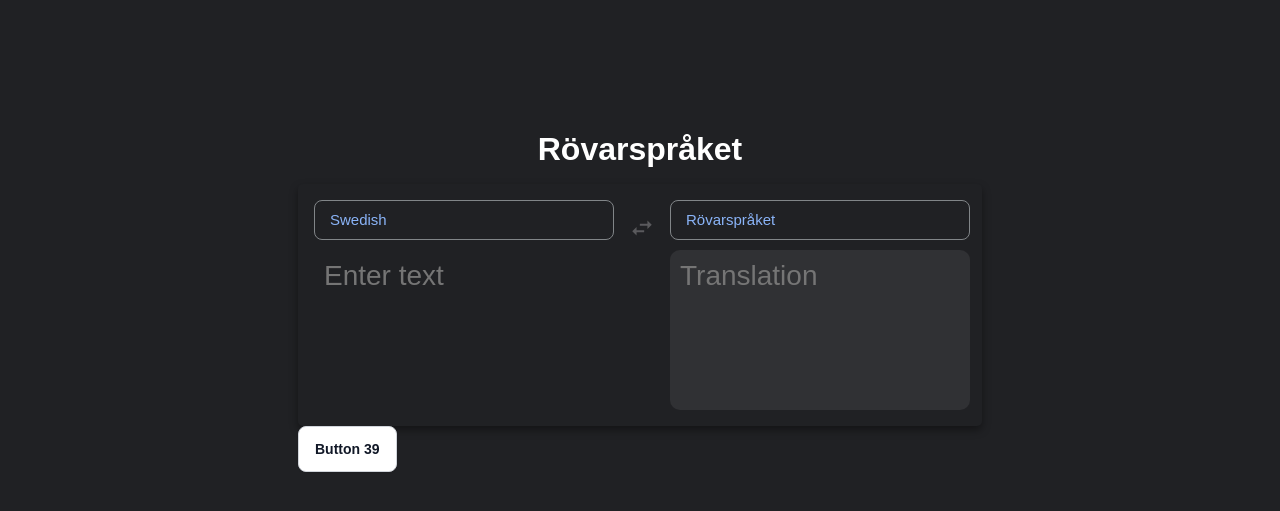
Repository: ShamroOoz/R-varspr-ket-Translator
Page: /
An editor plug-in stored every save of this project. The page is shown before and after the next save, followed by the edit.
The browser window is 1280 px wide. The pictures show the whole page.
The project was rebuilt for these pictures with package versions that can differ from the ones it lists, and the page was loaded fresh each time.

Above is the page before, as saved 2022-05-17 23:59:48.

### public/index.html
<!DOCTYPE html>
<html lang="en">
  <head>
    <meta charset="utf-8" />
    <link rel="icon" href="%PUBLIC_URL%/favicon.ico" />
    <meta name="viewport" content="width=device-width, initial-scale=1" />
    <meta name="theme-color" content="#000000" />
    <meta
      name="description"
      content="Web site created using create-react-app"
    />
    <link rel="apple-touch-icon" href="%PUBLIC_URL%/logo192.png" />
    <!--
      manifest.json provides metadata used when your web app is installed on a
      user's mobile device or desktop. See https://developers.google.com/web/fundamentals/web-app-manifest/
    -->
    <link rel="manifest" href="%PUBLIC_URL%/manifest.json" />
    <!--
      Notice the use of %PUBLIC_URL% in the tags above.
      It will be replaced with the URL of the `public` folder during the build.
      Only files inside the `public` folder can be referenced from the HTML.

      Unlike "/favicon.ico" or "favicon.ico", "%PUBLIC_URL%/favicon.ico" will
      work correctly both with client-side routing and a non-root public URL.
      Learn how to configure a non-root public URL by running `npm run build`.
    -->
    <title>Översättare - Rövarspråket</title>
  </head>
  <body>
    <noscript>You need to enable JavaScript to run this app.</noscript>
    <div id="root"></div>
    <!--
      This HTML file is a template.
      If you open it directly in the browser, you will see an empty page.

      You can add webfonts, meta tags, or analytics to this file.
      The build step will place the bundled scripts into the <body> tag.

      To begin the development, run `npm start` or `yarn start`.
      To create a production bundle, use `npm run build` or `yarn build`.
    -->
  </body>
</html>

### src/index.css
* {
  font-family: arial, sans-serif;
}

body {
  margin: 0;
  background-color: #202124;
  display: flex;
  justify-content: center;
  height: 80vh;
  align-items: center;
}

h2 {
  color: #fff;
  font-size: 2rem;
  font-weight: bold;
  margin-bottom: 1rem;
  text-align: center;
  margin-bottom: 1rem;
}

.app {
  display: flex;
  width: 652px;
  height: 210px;
  padding: 1rem;
  box-shadow: 0 4px 8px 0 rgba(0, 0, 0, 0.4);
  transition: 0.3s;
  border-radius: 5px; /* 5px rounded corners */
}

.output,
.input {
  display: flex;
  flex-direction: column;
  width: 300px;
}

textarea {
  background-color: transparent;
  color: #bdc1c6;
  border: none;
  resize: none;
  padding: 10px;
  width: 280px !important;
  height: 146px;
  border-radius: 10px;
  outline: none;
  overflow: auto;
  font-size: 28px;
  margin-top: 10px;
}

.output textarea {
  background-color: #303134;
}

.arrow-container {
  padding: 15px;
  cursor: pointer;
}
.arrow-container svg:hover {
  fill: #fff;
}

.arrow-container svg {
  width: 26px;
  height: 26px;
  fill: #5a5a5d;
}

input {
  border: 1px solid #818588;
  border-radius: 8px;
  box-sizing: border-box;
  color: #bdc1c6;
  font-size: 14px;
  height: 40px;
  background-color: transparent;
  width: 100%;
}

.select-drop-down input {
  color: #8ab4f8;
  padding: 5px 15px;
  font-size: 15px;
}

.input .delete {
  position: relative;
  left: 260px;
  top: -110px;
  font-size: 50px;
  color: #bdc1c6;
  cursor: pointer;
}
.input .delete:hover {
  color: #8ab4f8;
}

/* CSS */
.button-39 {
  background-color: #ffffff;
  border: 1px solid rgb(209, 213, 219);
  border-radius: 0.5rem;
  box-sizing: border-box;
  color: #111827;
  font-size: 0.875rem;
  font-weight: 600;
  line-height: 1.25rem;
  padding: 0.75rem 1rem;
  text-align: center;
  text-decoration: none #d1d5db solid;
  text-decoration-thickness: auto;
  box-shadow: 0 1px 2px 0 rgba(0, 0, 0, 0.05);
  cursor: pointer;
  user-select: none;
  -webkit-user-select: none;
  touch-action: manipulation;
}

.button-39:hover {
  background-color: rgb(249, 250, 251);
}

.button-39:focus {
  outline: 2px solid transparent;
  outline-offset: 2px;
}

.button-39:focus-visible {
  box-shadow: none;
}

### src/App.js
/* eslint-disable react/style-prop-object */
import { useState, useEffect, useMemo } from "react";
import TextBox from "./components/TextBox";
import Arrows from "./components/Arrows";

function App() {
  const [inputLanguage, setInputLanguage] = useState("Swedish");
  const [outputLanguage, setOutputLanguage] = useState("Rövarspråket");
  const [textToTranslate, setTextToTranslate] = useState("");
  const [translatedText, setTranslatedText] = useState("");

  useEffect(() => {
    if (textToTranslate) {
      setTranslatedText(
        outputLanguage === "Rövarspråket" ? encoded() : decoded()
      );
    }
    // eslint-disable-next-line react-hooks/exhaustive-deps
  }, [textToTranslate]);

  const encoded = useMemo(
    () => () => {
      let consonants = "BbCcDdFfGgHhJjKkLlMmNnPpQqRrSsTtVvWwXxYyZz";
      let new_word = [];
      for (let x of textToTranslate) {
        consonants.includes(x) ? new_word.push(x + "o" + x) : new_word.push(x);
      }
      return new_word.join("");
    },
    [textToTranslate]
  );

  const decoded = useMemo(
    () => () => {
      let consonants = "BbCcDdFfGgHhJjKkLlMmNnPpQqRrSsTtVvWwXxYyZz";
      let new_word = "";
      let index = 0;
      while (index < textToTranslate.length) {
        new_word += textToTranslate[index];
        consonants.includes(textToTranslate[index])
          ? (index += 3)
          : (index += 1);
      }
      return new_word;
    },
    [textToTranslate]
  );

  const handleClick = () => {
    setInputLanguage(outputLanguage);
    setOutputLanguage(inputLanguage);
    if (textToTranslate && translatedText) {
      setTextToTranslate(translatedText);
    }
  };

  return (
    <>
      <h2>Rövarspråket</h2>
      <div className="app">
        <TextBox
          style="input"
          selectedLanguage={inputLanguage}
          setTextToTranslate={setTextToTranslate}
          textToTranslate={textToTranslate}
          setTranslatedText={setTranslatedText}
        />
        <div className="arrow-container" onClick={handleClick}>
          <Arrows />
        </div>
        <TextBox
          style="output"
          selectedLanguage={outputLanguage}
          translatedText={translatedText}
        />
      </div>
      <button class="button-39" type="button">
        Button 39
      </button>
    </>
  );
}

export default App;

### src/components/TextBox.js
import SelectDropDown from "./SelectDropDown";

const TextBox = ({
  style,
  selectedLanguage,
  setTextToTranslate,
  textToTranslate,
  translatedText,
  setTranslatedText,
}) => {
  const handleClick = () => {
    setTextToTranslate("");
    setTranslatedText("");
  };
  return (
    <div className={style}>
      <SelectDropDown selectedLanguage={selectedLanguage} />
      <textarea
        disabled={style === "output"}
        className={style}
        placeholder={style === "input" ? "Enter text" : "Translation"}
        onChange={(e) => setTextToTranslate(e.target.value)}
        value={style === "input" ? textToTranslate : translatedText}
      />
      {style === "input" && textToTranslate && (
        <div className="delete" onClick={handleClick}>
          ˟
        </div>
      )}
    </div>
  );
};

export default TextBox;

### src/components/Arrows.js
const Arrows = () => {
  return (
    <svg
      focusable="false"
      xmlns="http://www.w3.org/2000/svg"
      viewBox="0 0 24 24"
    >
      <path d="M6.99 11L3 15l3.99 4v-3H14v-2H6.99v-3zM21 9l-3.99-4v3H10v2h7.01v3L21 9z"></path>
    </svg>
  );
};

export default Arrows;

### src/components/SelectDropDown.js
const SelectDropDown = ({ selectedLanguage }) => {
  return (
    <div className="select-drop-down">
      <input value={selectedLanguage} />
    </div>
  );
};

export default SelectDropDown;

Loaded but not shown: src/index.js (common file)

After the next save:
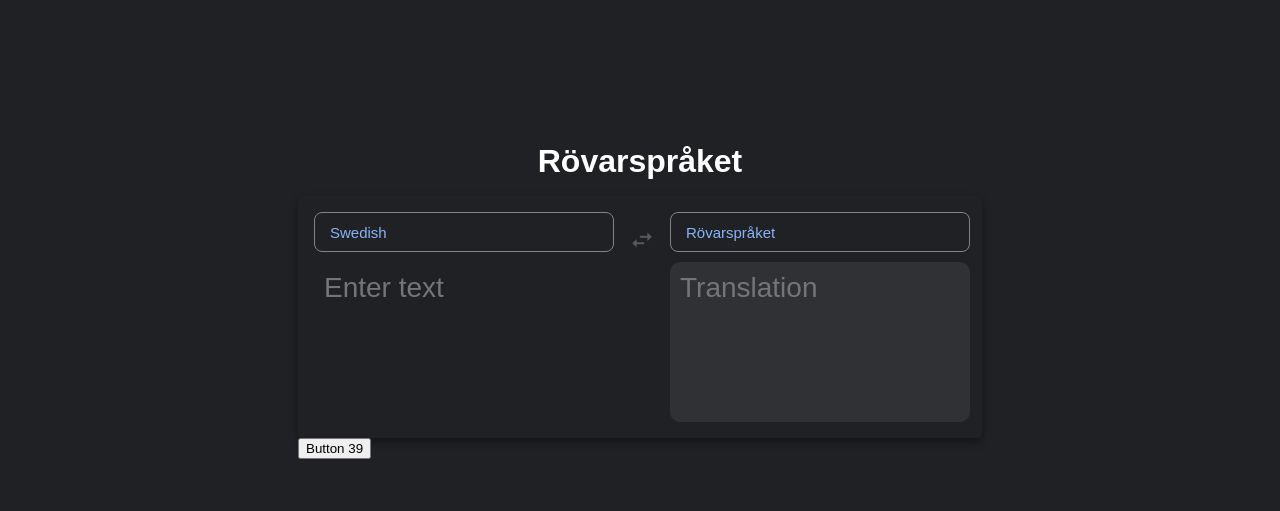
Saved 78 s later.
--- a/src/index.css
+++ b/src/index.css
@@ -100,35 +100,61 @@ input {
 }
 
 /* CSS */
-.button-39 {
-  background-color: #ffffff;
-  border: 1px solid rgb(209, 213, 219);
-  border-radius: 0.5rem;
+.button {
+  appearance: none;
+  background-color: #fafbfc;
+  border: 1px solid rgba(27, 31, 35, 0.15);
+  border-radius: 6px;
+  box-shadow: rgba(27, 31, 35, 0.04) 0 1px 0,
+    rgba(255, 255, 255, 0.25) 0 1px 0 inset;
   box-sizing: border-box;
-  color: #111827;
-  font-size: 0.875rem;
-  font-weight: 600;
-  line-height: 1.25rem;
-  padding: 0.75rem 1rem;
-  text-align: center;
-  text-decoration: none #d1d5db solid;
-  text-decoration-thickness: auto;
-  box-shadow: 0 1px 2px 0 rgba(0, 0, 0, 0.05);
+  color: #24292e;
   cursor: pointer;
+  display: inline-block;
+  font-family: -apple-system, system-ui, "Segoe UI", Helvetica, Arial,
+    sans-serif, "Apple Color Emoji", "Segoe UI Emoji";
+  font-size: 14px;
+  font-weight: 500;
+  line-height: 20px;
+  list-style: none;
+  padding: 6px 16px;
+  position: relative;
+  transition: background-color 0.2s cubic-bezier(0.3, 0, 0.5, 1);
   user-select: none;
   -webkit-user-select: none;
   touch-action: manipulation;
+  vertical-align: middle;
+  white-space: nowrap;
+  word-wrap: break-word;
 }
 
-.button-39:hover {
-  background-color: rgb(249, 250, 251);
+.button:hover {
+  background-color: #f3f4f6;
+  text-decoration: none;
+  transition-duration: 0.1s;
 }
 
-.button-39:focus {
-  outline: 2px solid transparent;
-  outline-offset: 2px;
+.button:disabled {
+  background-color: #fafbfc;
+  border-color: rgba(27, 31, 35, 0.15);
+  color: #959da5;
+  cursor: default;
 }
 
-.button-39:focus-visible {
-  box-shadow: none;
+.button:active {
+  background-color: #edeff2;
+  box-shadow: rgba(225, 228, 232, 0.2) 0 1px 0 inset;
+  transition: none 0s;
 }
+
+.button:focus {
+  outline: 1px transparent;
+}
+
+.button:before {
+  display: none;
+}
+
+.button:-webkit-details-marker {
+  display: none;
+}
